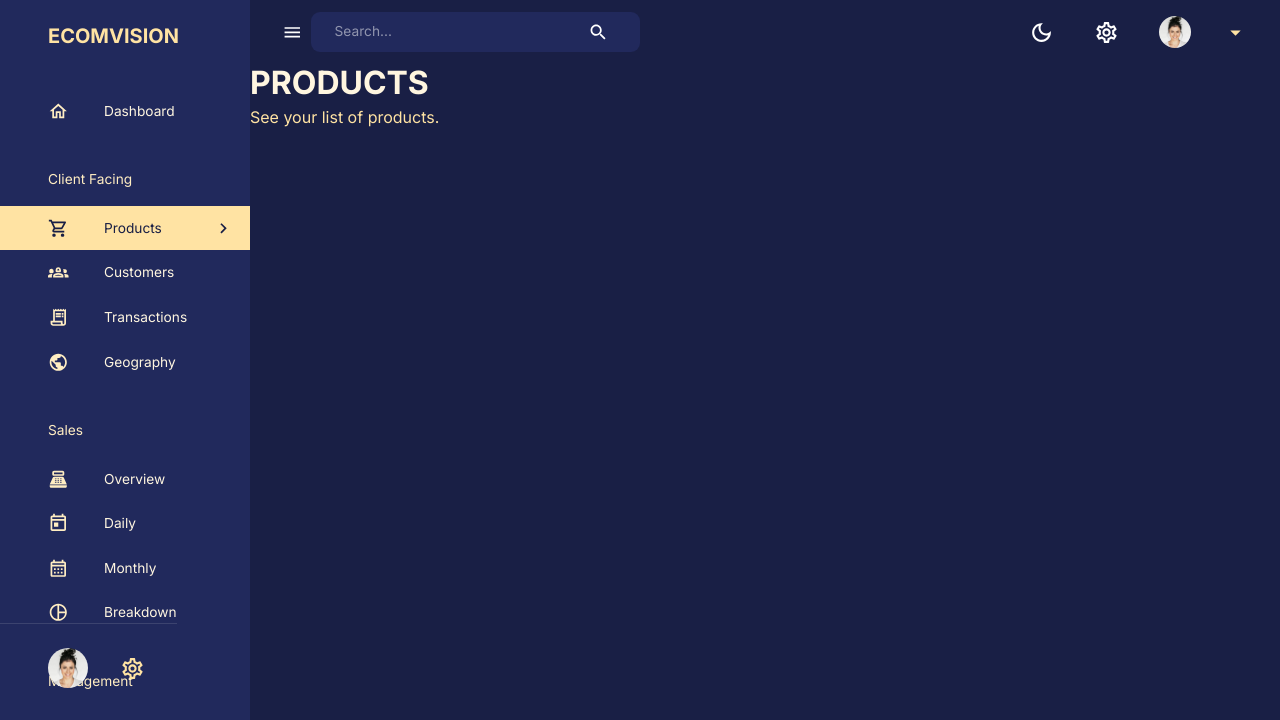
Repository: maiduchuy321/MERN_Admin_App
Page: /products (app in client/)
The author's editor kept a copy of each file at every save. The page is drawn from the files as they stood at one save, then again after the next save.
The browser window is 1280 px wide. The pictures show the whole page.
The page's requests for data from a server got no answer. The project was rebuilt for these pictures with package versions that can differ from the ones it lists, and the page was loaded fresh each time. No one was signed in, and anything a server would have sent is missing. Also part of the build but not shown: client/src/scenes/Dashboard/index.jsx.

Above is the page before, as saved 2023-03-21 00:29:35.

### client/src/App.js
import { CssBaseline, ThemeProvider } from "@mui/material";
import { createTheme } from "@mui/material/styles";
import { useMemo } from "react";
import { useSelector } from "react-redux";
import { BrowserRouter, Navigate, Routes, Route } from "react-router-dom";
import { themeSettings } from "theme";
import Layout from "scenes/layout";
import Dashboard from "scenes/Dashboard";
import Products from "scenes/products";

function App() {
  const mode = useSelector((state) => state.global.mode);
  const theme = useMemo(() => createTheme(themeSettings(mode)), [mode]);
  return (
    <div className="app">
      <BrowserRouter>
        <ThemeProvider theme={theme}>
          <CssBaseline />
          <Routes>
            <Route element={<Layout />}>
              <Route path="/" element={<Navigate to="/dashboard" replace />} />
              <Route path="/dashboard" element={<Dashboard />} />
              <Route path="/products" element={<Products />} />
            </Route>
          </Routes>
        </ThemeProvider>
      </BrowserRouter>
    </div>
  );
}

export default App;

### client/src/state/api.js
import { createApi, fetchBaseQuery } from "@reduxjs/toolkit/query/react";

export const api = createApi({
  baseQuery: fetchBaseQuery({ baseUrl: process.env.REACT_APP_BASE_URL }),
  reducerPath: "adminApi",
  tagTypes: ["User", "Product"],
  endpoints: (build) => ({
    getUser: build.query({
      query: (id) => `general/user/${id}`,
      providesTags: ["User"],
    }),
    getProducts: build.query({
      query: () => "client/products",
      providesTags: ["Product"],
    }),
  }),
});

export const { useGetUserQuery, useGetProductsQuery } = api;

### client/src/theme.js
// color design tokens export
export const tokensDark = {
  grey: {
    0: "#ffffff", // manually adjusted
    10: "#f6f6f6", // manually adjusted
    50: "#f0f0f0", // manually adjusted
    100: "#e0e0e0",
    200: "#c2c2c2",
    300: "#a3a3a3",
    400: "#858585",
    500: "#666666",
    600: "#525252",
    700: "#3d3d3d",
    800: "#292929",
    900: "#141414",
    1000: "#000000", // manually adjusted
  },
  primary: {
    // blue
    100: "#d3d4de",
    200: "#a6a9be",
    300: "#7a7f9d",
    400: "#4d547d",
    500: "#21295c",
    600: "#191F45", // manually adjusted
    700: "#141937",
    800: "#0d1025",
    900: "#070812",
  },
  secondary: {
    // yellow
    50: "#f0f0f0", // manually adjusted
    100: "#fff6e0",
    200: "#ffedc2",
    300: "#ffe3a3",
    400: "#ffda85",
    500: "#ffd166",
    600: "#cca752",
    700: "#997d3d",
    800: "#665429",
    900: "#332a14",
  },
};

// function that reverses the color palette
function reverseTokens(tokensDark) {
  const reversedTokens = {};
  Object.entries(tokensDark).forEach(([key, val]) => {
    const keys = Object.keys(val);
    const values = Object.values(val);
    const length = keys.length;
    const reversedObj = {};
    for (let i = 0; i < length; i++) {
      reversedObj[keys[i]] = values[length - i - 1];
    }
    reversedTokens[key] = reversedObj;
  });
  return reversedTokens;
}
export const tokensLight = reverseTokens(tokensDark);

// mui theme settings
export const themeSettings = (mode) => {
  return {
    palette: {
      mode: mode,
      ...(mode === "dark"
        ? {
            // palette values for dark mode
            primary: {
              ...tokensDark.primary,
              main: tokensDark.primary[400],
              light: tokensDark.primary[400],
            },
            secondary: {
              ...tokensDark.secondary,
              main: tokensDark.secondary[300],
            },
            neutral: {
              ...tokensDark.grey,
              main: tokensDark.grey[500],
            },
            background: {
              default: tokensDark.primary[600],
              alt: tokensDark.primary[500],
            },
          }
        : {
            // palette values for light mode
            primary: {
              ...tokensLight.primary,
              main: tokensDark.grey[50],
              light: tokensDark.grey[100],
            },
            secondary: {
              ...tokensLight.secondary,
              main: tokensDark.secondary[600],
              light: tokensDark.secondary[700],
            },
            neutral: {
              ...tokensLight.grey,
              main: tokensDark.grey[500],
            },
            background: {
              default: tokensDark.grey[0],
              alt: tokensDark.grey[50],
            },
          }),
    },
    typography: {
      fontFamily: ["Inter", "sans-serif"].join(","),
      fontSize: 12,
      h1: {
        fontFamily: ["Inter", "sans-serif"].join(","),
        fontSize: 40,
      },
      h2: {
        fontFamily: ["Inter", "sans-serif"].join(","),
        fontSize: 32,
      },
      h3: {
        fontFamily: ["Inter", "sans-serif"].join(","),
        fontSize: 24,
      },
      h4: {
        fontFamily: ["Inter", "sans-serif"].join(","),
        fontSize: 20,
      },
      h5: {
        fontFamily: ["Inter", "sans-serif"].join(","),
        fontSize: 16,
      },
      h6: {
        fontFamily: ["Inter", "sans-serif"].join(","),
        fontSize: 14,
      },
    },
  };
};

### client/src/scenes/layout/index.jsx
import React, { useState } from 'react';
import {Box, useMediaQuery} from "@mui/material";
import { Outlet } from 'react-router-dom';
import { useSelector } from 'react-redux';
import Navbar from "components/Navbar";
import Sidebar from "components/Sidebar";
import { useGetUserQuery } from 'state/api';

const Layout = () => {
  const isNonMobile = useMediaQuery("(min-width: 600px)");
  const [isSidebarOpen, setIsSidebarOpen] = useState(true);
  const userId = useSelector((state) => state.global.userId);
  const { data } = useGetUserQuery(userId);
  console.log('data', data);
  return (
    <Box display={isNonMobile ? "flex" : "block"} width="100%" height="100%">
      <Sidebar
        user={data || {}}
        isNonMobile={isNonMobile}
        drawerWidth="250px"
        isSidebarOpen={isSidebarOpen}
        setIsSidebarOpen={setIsSidebarOpen}
        />
      <Box flexGrow={1}>
        <Navbar
                user={data || {}}
                isSidebarOpen={isSidebarOpen}
                setIsSidebarOpen={setIsSidebarOpen}
        />
        <Outlet/>
      </Box>
    </Box>
  )
}

export default Layout

### client/src/scenes/products/index.jsx
import React, { useState } from "react";
import {
  Box,
  Card,
  CardActions,
  CardContent,
  Collapse,
  Button,
  Typography,
  Rating,
  useTheme,
  useMediaQuery,
} from "@mui/material";
import Header from "components/Header";
import { useGetProductsQuery } from "state/api";


const Products = () => {
    const { data, isLoading } = useGetProductsQuery();
    console.log("data", data);


  return (
    <Box>
        <Header title="PRODUCTS" subtitle="See your list of products." />

    </Box>
  )
}

export default Products

### client/src/components/Navbar.jsx
import React, { useState } from "react";
import {
  LightModeOutlined,
  DarkModeOutlined,
  Menu as MenuIcon,
  Search,
  SettingsOutlined,
  ArrowDropDownOutlined,
} from "@mui/icons-material";
import FlexBetween from "components/FlexBetween";
import { useDispatch } from "react-redux";
import { setMode } from "state";
import profileImage from "assets/profile.jpeg";
import {
  AppBar,
  Button,
  Box,
  Typography,
  IconButton,
  InputBase,
  Toolbar,
  Menu,
  MenuItem,
  useTheme,
} from "@mui/material";

const Navbar = ({ user, isSidebarOpen, setIsSidebarOpen }) => {
  const dispatch = useDispatch();
  const theme = useTheme();

  const [anchorEl, setAnchorEl] = useState(null);
  const isOpen = Boolean(anchorEl);
  const handleClick = (event) => setAnchorEl(event.currentTarget);
  const handleClose = () => setAnchorEl(null);

  return (
    <AppBar
      sx={{
        position: "static",
        background: "none",
        boxShadow: "none",
      }}
    >
      <Toolbar sx={{ justifyContent: "space-between" }}>
        {/* LEFT SIDE */}
        <FlexBetween>
          <IconButton onClick={() => setIsSidebarOpen(!isSidebarOpen)}>
            <MenuIcon />
          </IconButton>
          <FlexBetween
            backgroundColor={theme.palette.background.alt}
            borderRadius="9px"
            gap="3rem"
            p="0.1rem 1.5rem"
          >
            <InputBase placeholder="Search..." />
            <IconButton>
              <Search />
            </IconButton>
          </FlexBetween>
        </FlexBetween>

        {/* RIGHT SIDE */}
        <FlexBetween gap="1.5rem">
          <IconButton onClick={() => dispatch(setMode())}>
            {theme.palette.mode === "dark" ? (
              <DarkModeOutlined sx={{ fontSize: "25px" }} />
            ) : (
              <LightModeOutlined sx={{ fontSize: "25px" }} />
            )}
          </IconButton>
          <IconButton>
            <SettingsOutlined sx={{ fontSize: "25px" }} />
          </IconButton>

          <FlexBetween>
            <Button
              onClick={handleClick}
              sx={{
                display: "flex",
                justifyContent: "space-between",
                alignItems: "center",
                textTransform: "none",
                gap: "1rem",
              }}
            >
              <Box
                component="img"
                alt="profile"
                src={profileImage}
                height="32px"
                width="32px"
                borderRadius="50%"
                sx={{ objectFit: "cover" }}
              />
              <Box textAlign="left">
                <Typography
                  fontWeight="bold"
                  fontSize="0.85rem"
                  sx={{ color: theme.palette.secondary[100] }}
                >
                  {user.name}
                </Typography>
                <Typography
                  fontSize="0.75rem"
                  sx={{ color: theme.palette.secondary[200] }}
                >
                  {user.occupation}
                </Typography>
              </Box>
              <ArrowDropDownOutlined
                sx={{ color: theme.palette.secondary[300], fontSize: "25px" }}
              />
            </Button>
            <Menu
              anchorEl={anchorEl}
              open={isOpen}
              onClose={handleClose}
              anchorOrigin={{ vertical: "bottom", horizontal: "center" }}
            >
              <MenuItem onClick={handleClose}>Log Out</MenuItem>
            </Menu>
          </FlexBetween>
        </FlexBetween>
      </Toolbar>
    </AppBar>
  );
};

export default Navbar;

### client/src/components/Sidebar.jsx
import React from "react";
import {
  Box,
  Divider,
  Drawer,
  IconButton,
  List,
  ListItem,
  ListItemButton,
  ListItemIcon,
  ListItemText,
  Typography,
  useTheme,
} from "@mui/material";
import {
  SettingsOutlined,
  ChevronLeft,
  ChevronRightOutlined,
  HomeOutlined,
  ShoppingCartOutlined,
  Groups2Outlined,
  ReceiptLongOutlined,
  PublicOutlined,
  PointOfSaleOutlined,
  TodayOutlined,
  CalendarMonthOutlined,
  AdminPanelSettingsOutlined,
  TrendingUpOutlined,
  PieChartOutlined,
} from "@mui/icons-material";
import { useEffect, useState } from "react";
import { useLocation, useNavigate } from "react-router-dom";
import FlexBetween from "./FlexBetween";
import profileImage from "assets/profile.jpeg";

const navItems = [
  {
    text: "Dashboard",
    icon: <HomeOutlined />,
  },
  {
    text: "Client Facing",
    icon: null,
  },
  {
    text: "Products",
    icon: <ShoppingCartOutlined />,
  },
  {
    text: "Customers",
    icon: <Groups2Outlined />,
  },
  {
    text: "Transactions",
    icon: <ReceiptLongOutlined />,
  },
  {
    text: "Geography",
    icon: <PublicOutlined />,
  },
  {
    text: "Sales",
    icon: null,
  },
  {
    text: "Overview",
    icon: <PointOfSaleOutlined />,
  },
  {
    text: "Daily",
    icon: <TodayOutlined />,
  },
  {
    text: "Monthly",
    icon: <CalendarMonthOutlined />,
  },
  {
    text: "Breakdown",
    icon: <PieChartOutlined />,
  },
  {
    text: "Management",
    icon: null,
  },
  {
    text: "Admin",
    icon: <AdminPanelSettingsOutlined />,
  },
  {
    text: "Performance",
    icon: <TrendingUpOutlined />,
  },
];

const Sidebar = ({
  user,
  drawerWidth,
  isSidebarOpen,
  setIsSidebarOpen,
  isNonMobile,
}) => {
  const { pathname } = useLocation();
  const [active, setActive] = useState("");
  const navigate = useNavigate();
  const theme = useTheme();

  useEffect(() => {
    setActive(pathname.substring(1));
  }, [pathname]);

  return (
    <Box component="nav">
      {isSidebarOpen && (
        <Drawer
          open={isSidebarOpen}
          onClose={() => setIsSidebarOpen(false)}
          variant="persistent"
          anchor="left"
          sx={{
            width: drawerWidth,
            "& .MuiDrawer-paper": {
              color: theme.palette.secondary[200],
              backgroundColor: theme.palette.background.alt,
              boxSixing: "border-box",
              borderWidth: isNonMobile ? 0 : "2px",
              width: drawerWidth,
            },
          }}
        >
          <Box width="100%">
            <Box m="1.5rem 2rem 2rem 3rem">
              <FlexBetween color={theme.palette.secondary.main}>
                <Box display="flex" alignItems="center" gap="0.5rem">
                  <Typography variant="h4" fontWeight="bold">
                    ECOMVISION
                  </Typography>
                </Box>
                {!isNonMobile && (
                  <IconButton onClick={() => setIsSidebarOpen(!isSidebarOpen)}>
                    <ChevronLeft />
                  </IconButton>
                )}
              </FlexBetween>
            </Box>
            <List>
              {navItems.map(({ text, icon }) => {
                if (!icon) {
                  return (
                    <Typography key={text} sx={{ m: "2.25rem 0 1rem 3rem" }}>
                      {text}
                    </Typography>
                  );
                }
                const lcText = text.toLowerCase();

                return (
                  <ListItem key={text} disablePadding>
                    <ListItemButton
                      onClick={() => {
                        navigate(`/${lcText}`);
                        setActive(lcText);
                      }}
                      sx={{
                        backgroundColor:
                          active === lcText
                            ? theme.palette.secondary[300]
                            : "transparent",
                        color:
                          active === lcText
                            ? theme.palette.primary[600]
                            : theme.palette.secondary[100],
                      }}
                    >
                      <ListItemIcon
                        sx={{
                          ml: "2rem",
                          color:
                            active === lcText
                              ? theme.palette.primary[600]
                              : theme.palette.secondary[200],
                        }}
                      >
                        {icon}
                      </ListItemIcon>
                      <ListItemText primary={text} />
                      {active === lcText && (
                        <ChevronRightOutlined sx={{ ml: "auto" }} />
                      )}
                    </ListItemButton>
                  </ListItem>
                );
              })}
            </List>
          </Box>

          <Box position="absolute" bottom="2rem">
            <Divider />
            <FlexBetween textTransform="none" gap="1rem" m="1.5rem 2rem 0 3rem">
              <Box
                component="img"
                alt="profile"
                src={profileImage}
                height="40px"
                width="40px"
                borderRadius="50%"
                sx={{ objectFit: "cover" }}
              />
              <Box textAlign="left">
                <Typography
                  fontWeight="bold"
                  fontSize="0.9rem"
                  sx={{ color: theme.palette.secondary[100] }}
                >
                  {user.name}
                </Typography>
                <Typography
                  fontSize="0.8rem"
                  sx={{ color: theme.palette.secondary[200] }}
                >
                  {user.occupation}
                </Typography>
              </Box>
              <SettingsOutlined
                sx={{
                  color: theme.palette.secondary[300],
                  fontSize: "25px ",
                }}
              />
            </FlexBetween>
          </Box>
        </Drawer>
      )}
    </Box>
  );
};

export default Sidebar;

### client/src/components/FlexBetween.jsx
const { Box } = require("@mui/material");
const { styled } = require ("@mui/system");



const FlexBetween = styled(Box)({
    display: "flex",
    justifyContent: "space-between",
    alignItems: "center",
});

export default FlexBetween;

Loaded but not shown: client/public/index.html (common file); client/src/index.js (common file); client/src/index.css (common file); client/src/state/index.js (common file); client/src/components/Header.jsx (common file)

After the next save:
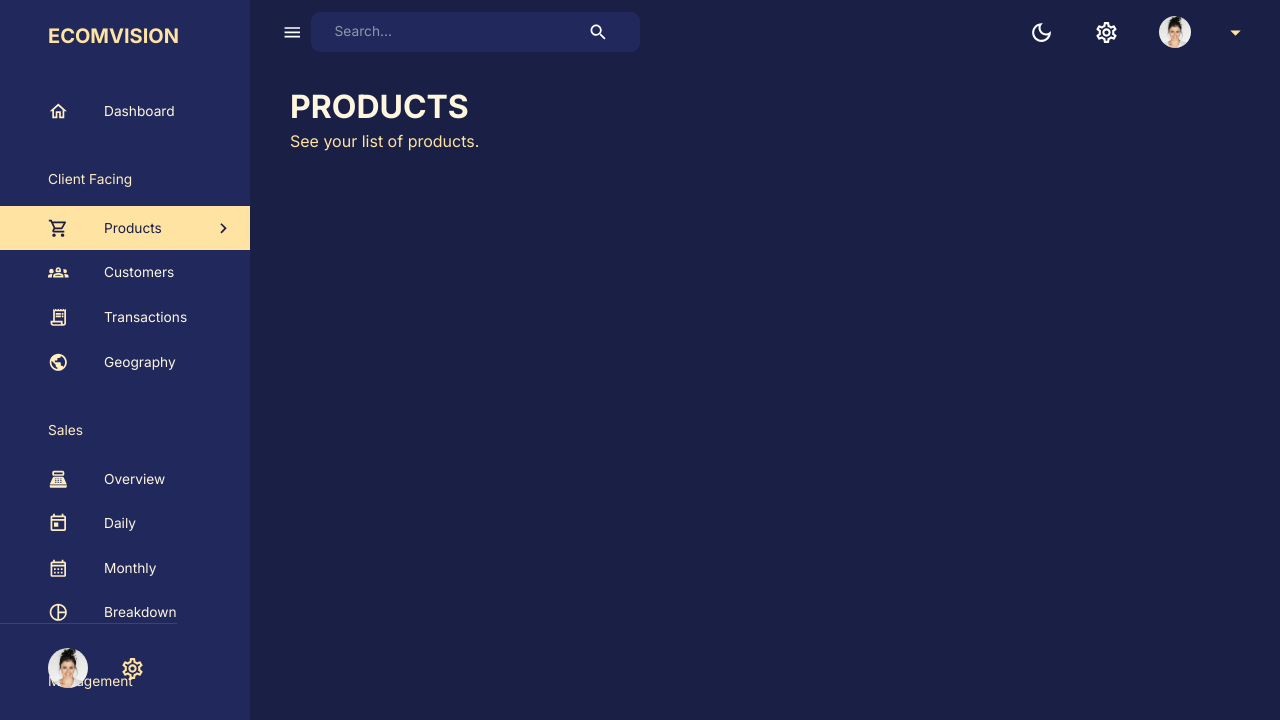
Saved 5 min 32 s later.
--- a/client/src/scenes/products/index.jsx
+++ b/client/src/scenes/products/index.jsx
@@ -17,13 +17,14 @@ import { useGetProductsQuery } from "state/api";
 
 const Products = () => {
     const { data, isLoading } = useGetProductsQuery();
+    const isNonMobile = useMediaQuery("(min-width: 1000px)");
     console.log("data", data);
 
 
   return (
-    <Box>
+    <Box m="1.5rem 2.5rem">
         <Header title="PRODUCTS" subtitle="See your list of products." />
-
+        {data || !isLoading ? <Box mt="20px" display="grid"></Box> : <></>}
     </Box>
   )
 }
